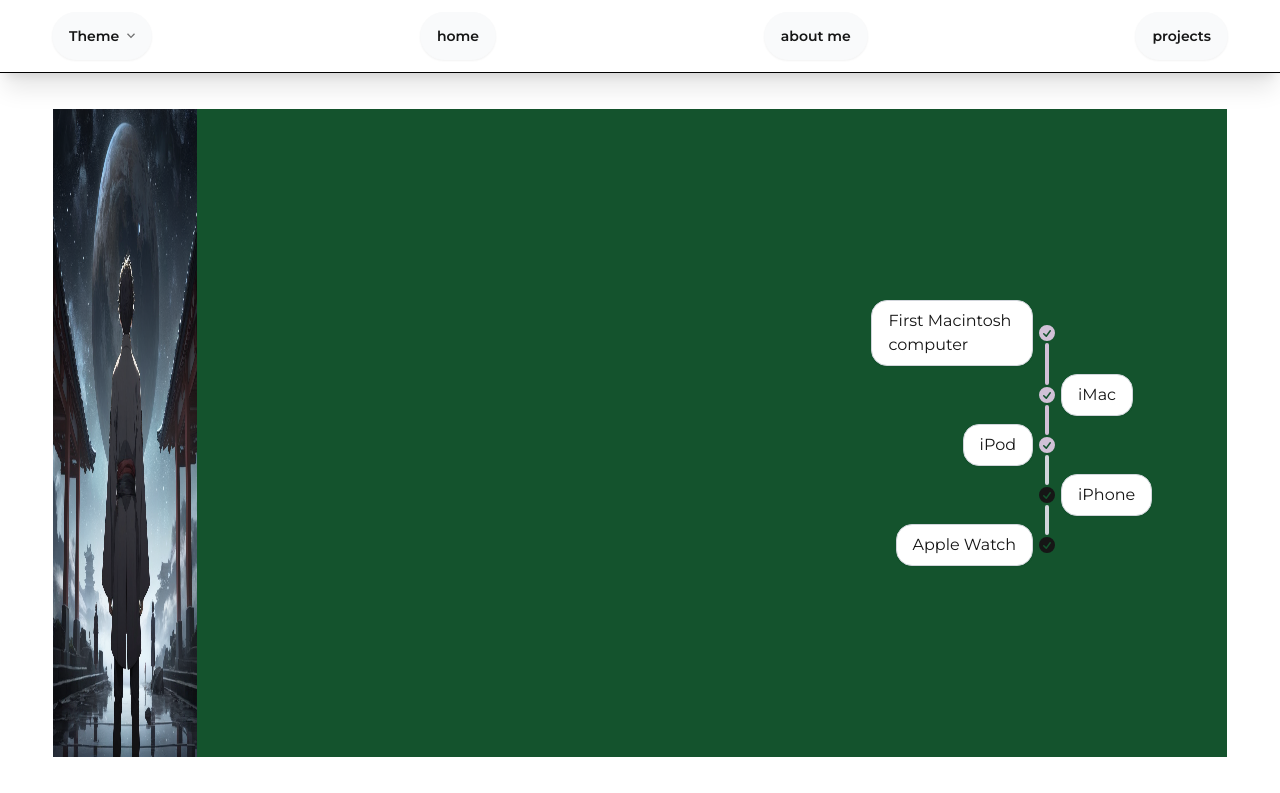
Repository: Yakyaz/myWebsite
Page: /about
The author's editor kept a copy of each file at every save. The page is drawn from the files as they stood at one save, then again after the next save.
The browser window is 1280 px wide. The pictures show the whole page.
The project was rebuilt for these pictures with package versions that can differ from the ones it lists, and the page was loaded fresh each time. The framework's server and built-in components were replaced by stand-ins that run in the browser. Also part of the build but not shown: next.config.js.

Above is the page before, as saved 2023-12-05 21:41:51.

### app/layout.tsx
import type { Metadata } from "next";
import { Montserrat } from "next/font/google";
import "./globals.css";
import Navbar from "../components/navbar";

const montserrat = Montserrat({ subsets: ["latin"] });

export const metadata: Metadata = {
  title: "Create Next App",
  description: "Generated by create next app",
};

export default function RootLayout({
  children,
}: {
  children: React.ReactNode;
}) {
  return (
    <html lang="en" data-theme="pastel" style={{ overflow: "hidden" }}>
      <body className={montserrat.className} style={{ overflow: "hidden" }}>
        <Navbar />
        <div>{children}</div>
      </body>
    </html>
  );
}

### app/about/page.tsx
import Link from "next/link";
import bg from "public/background.png";
import Image from "next/image";
function Home() {
  return (
    <main className="w-screen h-screen flex items-center justify-center ">
      <div
        className="bg-green-900 w-11/12 flex justify-center items-center "
        style={{ height: "90%" }}
      >
        <div className=" h-full w-full">
          <Image
            className="  mb-3 h-full w-36  "
            alt="Pb"
            src={bg}
            placeholder="blur"
            quality={100}
            sizes="100%"
          />
        </div>
        <div>
          <ul className="timeline timeline-vertical">
            <li>
              <div className="timeline-start timeline-box">
                First Macintosh computer
              </div>
              <div className="timeline-middle">
                <svg
                  xmlns="http://www.w3.org/2000/svg"
                  viewBox="0 0 20 20"
                  fill="currentColor"
                  className="w-5 h-5 text-primary"
                >
                  <path
                    fillRule="evenodd"
                    d="M10 18a8 8 0 100-16 8 8 0 000 16zm3.857-9.809a.75.75 0 00-1.214-.882l-3.483 4.79-1.88-1.88a.75.75 0 10-1.06 1.061l2.5 2.5a.75.75 0 001.137-.089l4-5.5z"
                    clipRule="evenodd"
                  />
                </svg>
              </div>
              <hr className="bg-primary" />
            </li>
            <li>
              <hr className="bg-primary" />
              <div className="timeline-middle">
                <svg
                  xmlns="http://www.w3.org/2000/svg"
                  viewBox="0 0 20 20"
                  fill="currentColor"
                  className="w-5 h-5 text-primary"
                >
                  <path
                    fillRule="evenodd"
                    d="M10 18a8 8 0 100-16 8 8 0 000 16zm3.857-9.809a.75.75 0 00-1.214-.882l-3.483 4.79-1.88-1.88a.75.75 0 10-1.06 1.061l2.5 2.5a.75.75 0 001.137-.089l4-5.5z"
                    clipRule="evenodd"
                  />
                </svg>
              </div>
              <div className="timeline-end timeline-box">iMac</div>
              <hr className="bg-primary" />
            </li>
            <li>
              <hr className="bg-primary" />
              <div className="timeline-start timeline-box">iPod</div>
              <div className="timeline-middle">
                <svg
                  xmlns="http://www.w3.org/2000/svg"
                  viewBox="0 0 20 20"
                  fill="currentColor"
                  className="w-5 h-5 text-primary"
                >
                  <path
                    fillRule="evenodd"
                    d="M10 18a8 8 0 100-16 8 8 0 000 16zm3.857-9.809a.75.75 0 00-1.214-.882l-3.483 4.79-1.88-1.88a.75.75 0 10-1.06 1.061l2.5 2.5a.75.75 0 001.137-.089l4-5.5z"
                    clipRule="evenodd"
                  />
                </svg>
              </div>
              <hr />
            </li>
            <li>
              <hr />
              <div className="timeline-middle">
                <svg
                  xmlns="http://www.w3.org/2000/svg"
                  viewBox="0 0 20 20"
                  fill="currentColor"
                  className="w-5 h-5"
                >
                  <path
                    fillRule="evenodd"
                    d="M10 18a8 8 0 100-16 8 8 0 000 16zm3.857-9.809a.75.75 0 00-1.214-.882l-3.483 4.79-1.88-1.88a.75.75 0 10-1.06 1.061l2.5 2.5a.75.75 0 001.137-.089l4-5.5z"
                    clipRule="evenodd"
                  />
                </svg>
              </div>
              <div className="timeline-end timeline-box">iPhone</div>
              <hr />
            </li>
            <li>
              <hr />
              <div className="timeline-start timeline-box">Apple Watch</div>
              <div className="timeline-middle">
                <svg
                  xmlns="http://www.w3.org/2000/svg"
                  viewBox="0 0 20 20"
                  fill="currentColor"
                  className="w-5 h-5"
                >
                  <path
                    fillRule="evenodd"
                    d="M10 18a8 8 0 100-16 8 8 0 000 16zm3.857-9.809a.75.75 0 00-1.214-.882l-3.483 4.79-1.88-1.88a.75.75 0 10-1.06 1.061l2.5 2.5a.75.75 0 001.137-.089l4-5.5z"
                    clipRule="evenodd"
                  />
                </svg>
              </div>
            </li>
          </ul>
        </div>
      </div>
    </main>
  );
}

export default Home;

### components/navbar.tsx
import Link from "next/link";
import React from "react";
import Toggle from "./toggle";

const Navbar = () => {
  return (
    <ul className="flex flex-row justify-between items-center p-2 pr-12 pl-12 border-b border-black shadow-xl">
      <li>
        <Toggle />
      </li>
      <li>
        <Link className=" btn m-1" href="/home">
          home
        </Link>
      </li>
      <li>
        <Link className="btn m-1" href="/about">
          about me
        </Link>
      </li>
      <li>
        <Link className="btn m-1" href="/projects">
          projects
        </Link>
      </li>
    </ul>
  );
};

export default Navbar;

### components/toggle.tsx
import React from "react";

const Toggle = () => {
  return (
    <div className="dropdown ">
      <div tabIndex={0} role="button" className="btn m-1">
        Theme
        <svg
          width="12px"
          height="12px"
          className="h-2 w-2 fill-current opacity-60 inline-block"
          xmlns="http://www.w3.org/2000/svg"
          viewBox="0 0 2048 2048"
        >
          <path d="M1799 349l242 241-1017 1017L7 590l242-241 775 775 775-775z"></path>
        </svg>
      </div>
      <ul
        tabIndex={0}
        className="dropdown-content z-[1] p-2 shadow-2xl bg-base-300 rounded-box w-52"
      >
        <li>
          <input
            type="radio"
            name="theme-dropdown"
            className="theme-controller btn btn-sm btn-block btn-ghost justify-start"
            aria-label="Default"
            value="default"
          />
        </li>
        <li>
          <input
            type="radio"
            name="theme-dropdown"
            className="theme-controller btn btn-sm btn-block btn-ghost justify-start"
            aria-label="Retro"
            value="retro"
          />
        </li>
        <li>
          <input
            type="radio"
            name="theme-dropdown"
            className="theme-controller btn btn-sm btn-block btn-ghost justify-start"
            aria-label="Cyberpunk"
            value="cyberpunk"
          />
        </li>
        <li>
          <input
            type="radio"
            name="theme-dropdown"
            className="theme-controller btn btn-sm btn-block btn-ghost justify-start"
            aria-label="Dracula"
            value="dracula"
          />
        </li>
        <li>
          <input
            type="radio"
            name="theme-dropdown"
            className="theme-controller btn btn-sm btn-block btn-ghost justify-start"
            aria-label="Aqua"
            value="aqua"
          />
        </li>
      </ul>
    </div>
  );
};

export default Toggle;

### tailwind.config.ts
import type { Config } from "tailwindcss";

const config: Config = {
  content: [
    "./pages/**/*.{js,ts,jsx,tsx,mdx}",
    "./components/**/*.{js,ts,jsx,tsx,mdx}",
    "./app/**/*.{js,ts,jsx,tsx,mdx}",
  ],
  theme: {
    extend: {
      backgroundImage: {
        "gradient-radial": "radial-gradient(var(--tw-gradient-stops))",
        "gradient-conic":
          "conic-gradient(from 180deg at 50% 50%, var(--tw-gradient-stops))",
      },
    },
  },
  plugins: [require("daisyui")],
  daisyui: {
    themes: ["pastel", "retro", "cyberpunk", "dracula", "aqua"],
  },
};
export default config;

Loaded but not shown: app/globals.css (common file)

After the next save:
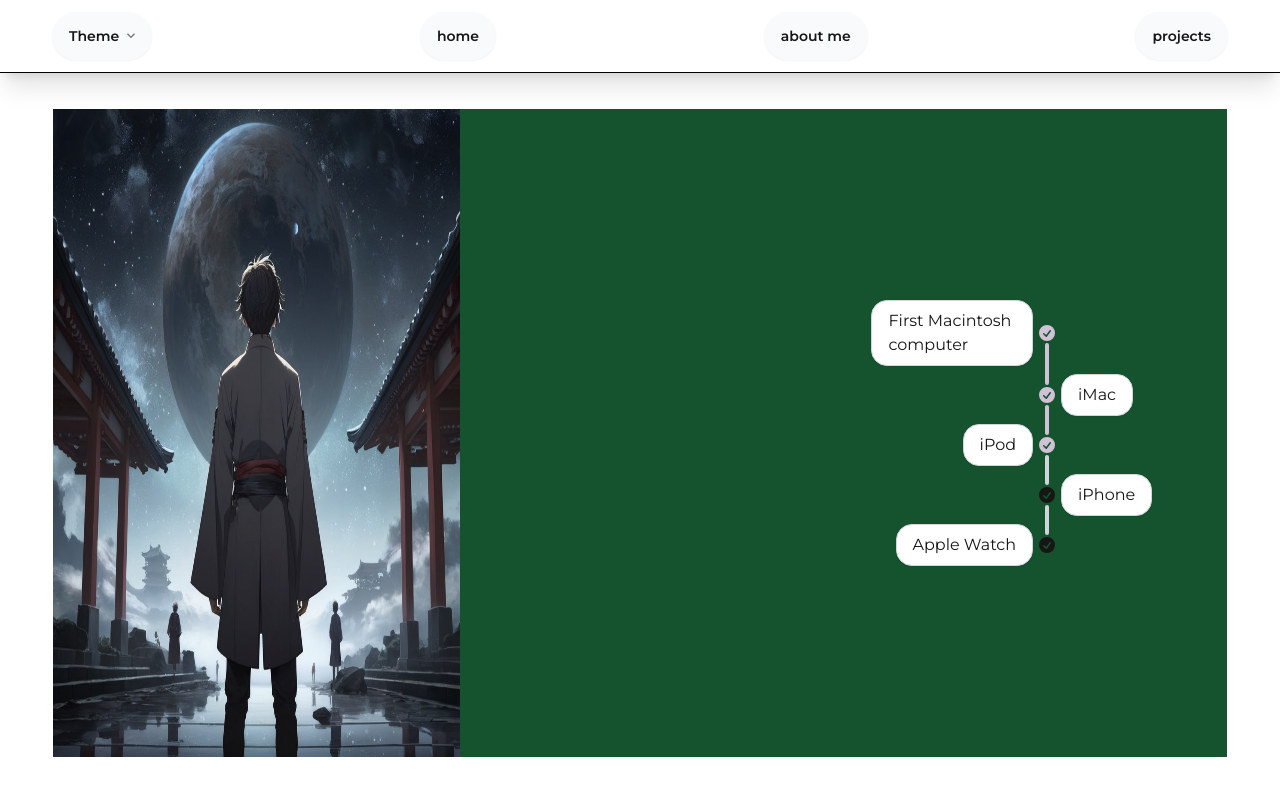
Saved 15 s later.
--- a/app/about/page.tsx
+++ b/app/about/page.tsx
@@ -10,7 +10,7 @@
       >
         <div className=" h-full w-full">
           <Image
-            className="  mb-3 h-full w-36  "
+            className="  mb-3 h-full w-1/2  "
             alt="Pb"
             src={bg}
             placeholder="blur"
